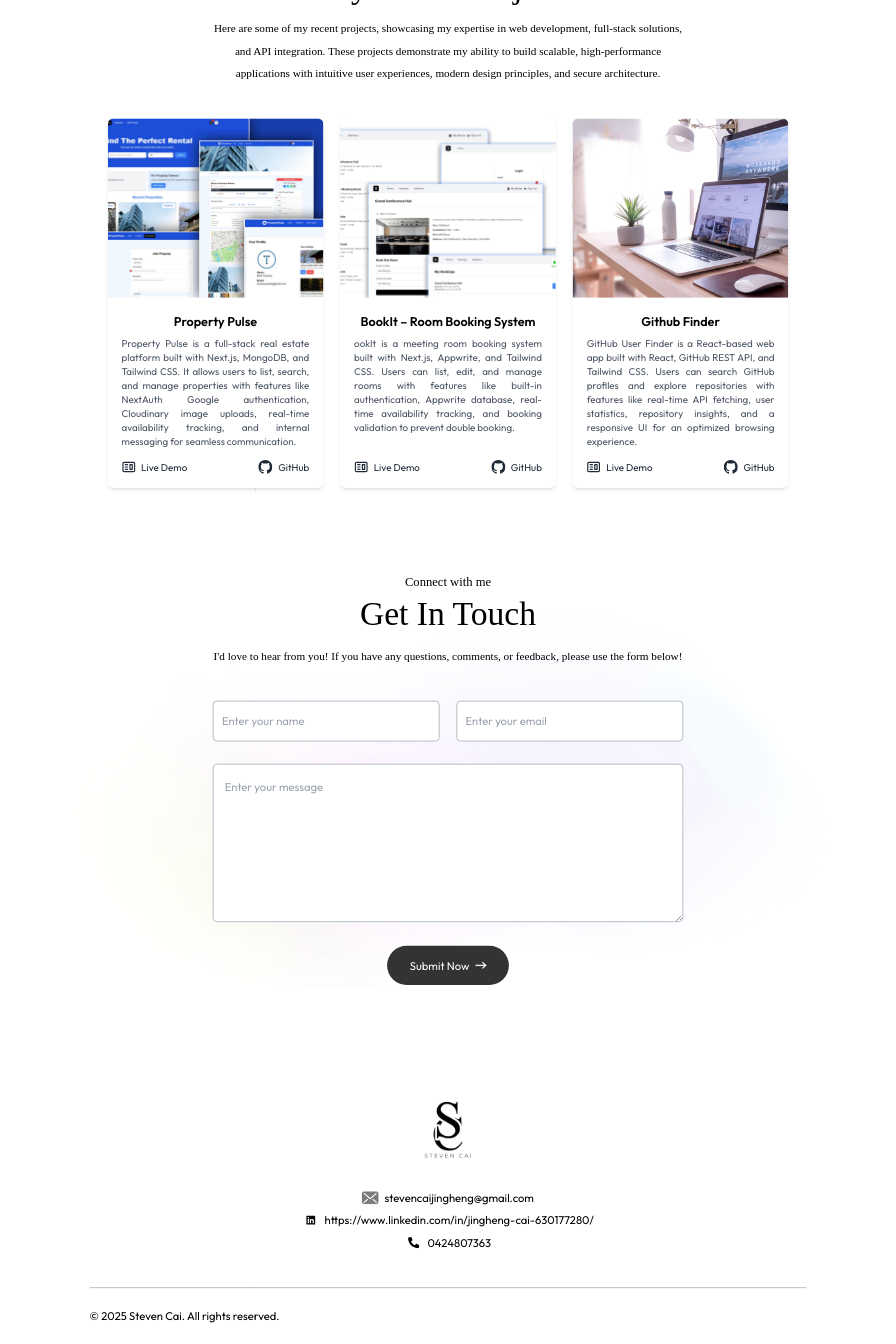
Repository: Steven4cai/profolio
Page: /
An editor plug-in stored every save of this project. The page is shown before and after the next save, followed by the edit.
The browser window is 1280 px wide. The pictures show the part of the page from y = 2473 to 4393 px (the page is 4393 px tall before and 4289 px after), at 70% of full size.
Some web fonts or font styles are not loaded; a fallback is used. The project was rebuilt for these pictures with package versions that can differ from the ones it lists, and the page was loaded fresh each time. The framework's server and built-in components were replaced by stand-ins that run in the browser. Also part of the build but not shown: next.config.mjs.

Above is the page before, as saved 2025-02-09 14:21:47.

After the next save:
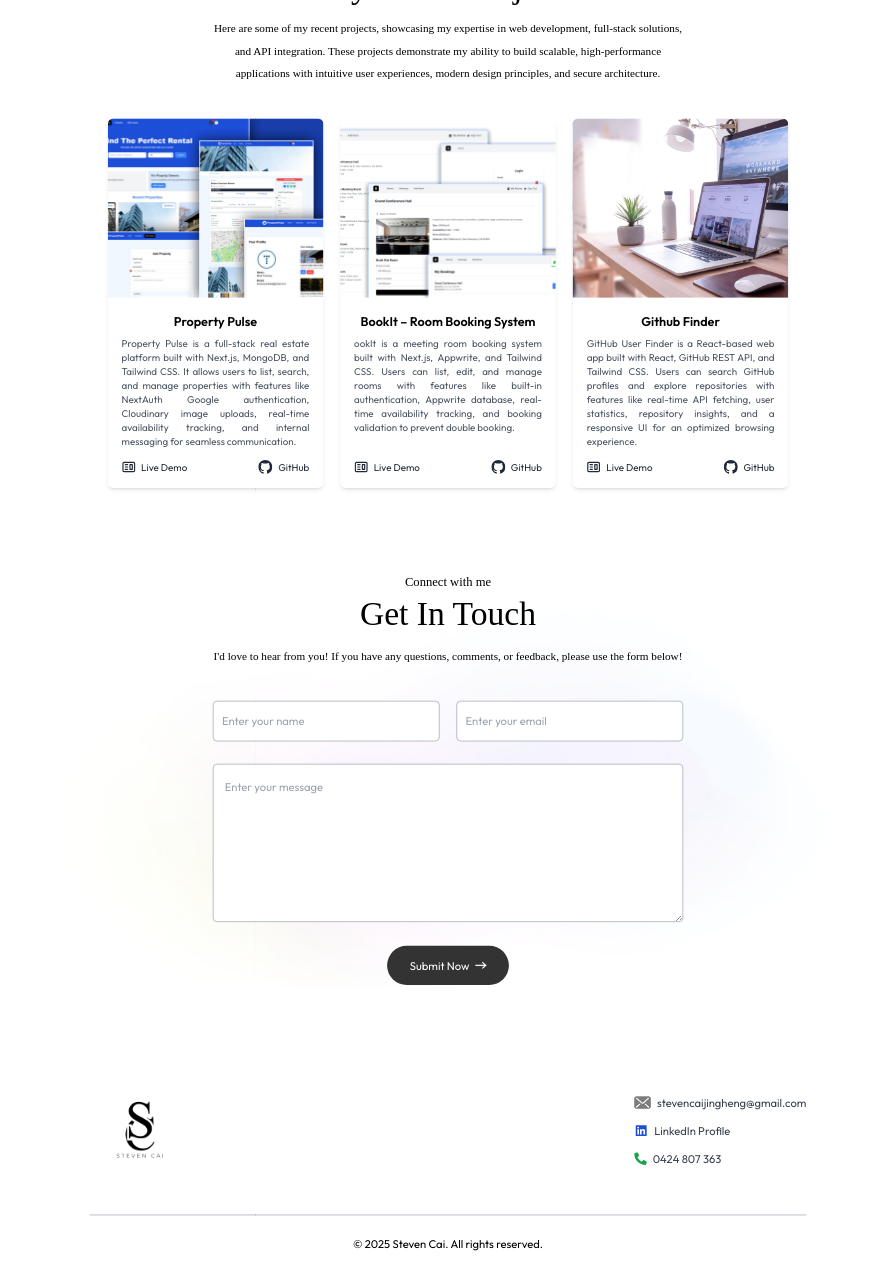
Saved 41 s later.
--- a/components/Footer.jsx
+++ b/components/Footer.jsx
@@ -2,39 +2,47 @@ import Image from 'next/image'
 import React from 'react'
 import { assets } from '@/assets/assets'
 import { FaPhoneAlt } from "react-icons/fa";
-
 import { AiFillLinkedin } from "react-icons/ai";
 
-
-
-const Footer = ({isDark}) => {
-    const currentYear = new Date().getFullYear();
+const Footer = ({ isDark }) => {
+  const currentYear = new Date().getFullYear();
 
   return (
     <div className='mt-20'>
-      <div className='text-center'>
-        <Image src={assets.logo} alt='' className='w-36 mx-auto mb-2 bg-white rounded-full' />
-        <div className='flex w-max items-center gap-2 mx-auto'>
-            <Image src={isDark ?assets.mail_icon_dark : assets.mail_icon} alt='' className='w-6'/>
-            stevencaijingheng@gmail.com
-        </div>
+      <div className='flex flex-col sm:flex-row items-center justify-between text-center mx-[10%]'>
+        {/* Logo 部分 */}
+        <Image src={assets.logo} alt='' className='w-36 bg-white rounded-full' />
 
-        <div className='flex w-max items-center gap-2 mx-auto'>
-            <AiFillLinkedin className='w-6'/>
-            https://www.linkedin.com/in/jingheng-cai-630177280/
-        </div>
+        {/* 右侧信息部分 (邮件, LinkedIn, 电话) */}
+        <div className='flex flex-col items-center sm:items-start mt-5 sm:mt-0 space-y-2'>
 
-        <div className='flex w-max items-center gap-2 mx-auto'>
-            <FaPhoneAlt className='w-6'/>
-            0424807363
+          {/* 邮件 */}
+          <div className='flex items-center gap-2'>
+            <Image src={isDark ? assets.mail_icon_dark : assets.mail_icon} alt='' className='w-6' />
+            <span className="text-gray-700 dark:text-white">stevencaijingheng@gmail.com</span>
+          </div>
+
+          {/* LinkedIn */}
+          <div className='flex items-center gap-2'>
+            <AiFillLinkedin className='text-blue-700 dark:text-blue-400 text-xl' />
+            <a href="https://www.linkedin.com/in/jingheng-cai-630177280/" target="_blank" rel="noopener noreferrer"
+              className="text-gray-700 dark:text-white hover:text-blue-500 transition">
+              LinkedIn Profile
+            </a>
+          </div>
+
+          {/* 电话 */}
+          <div className='flex items-center gap-2'>
+            <FaPhoneAlt className='text-green-600 text-lg' />
+            <span className="text-gray-700 dark:text-white">0424 807 363</span>
+          </div>
+
         </div>
       </div>
-      <div className=
-      'text-center sm:flex items-center justify-between border-t border-gray-400 mx-[10%] mt-12 py-6'>
-        <p>
-            &copy; {currentYear} Steven Cai. All rights reserved.
-        </p>
 
+      {/* 底部版权信息 */}
+      <div className='text-center border-t border-gray-400 mx-[10%] mt-12 py-6'>
+        <p>&copy; {currentYear} Steven Cai. All rights reserved.</p>
       </div>
     </div>
   )
